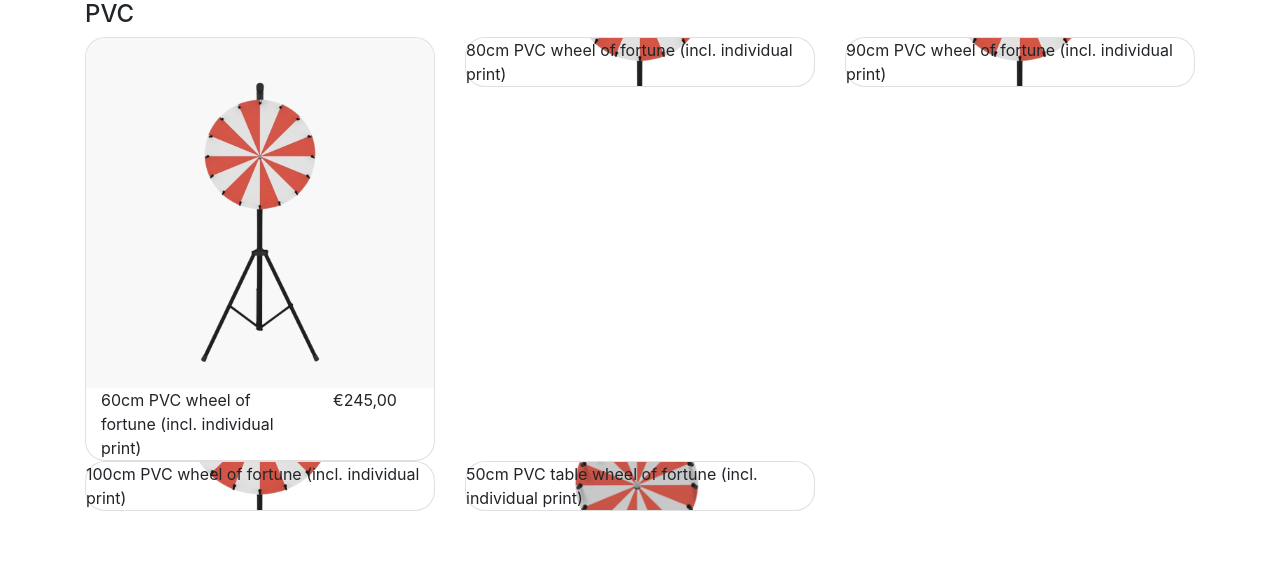
Repository: Awaisp-irfan/fahad-project
Page: pvc.html
These files come from the project's save history. The page is drawn as it stood at one moment and after the next save; the edit follows.
The browser window is 1280 px wide. The pictures show the whole page.

Above is the page before, as saved 2022-06-30 09:07:26.

After the next save:
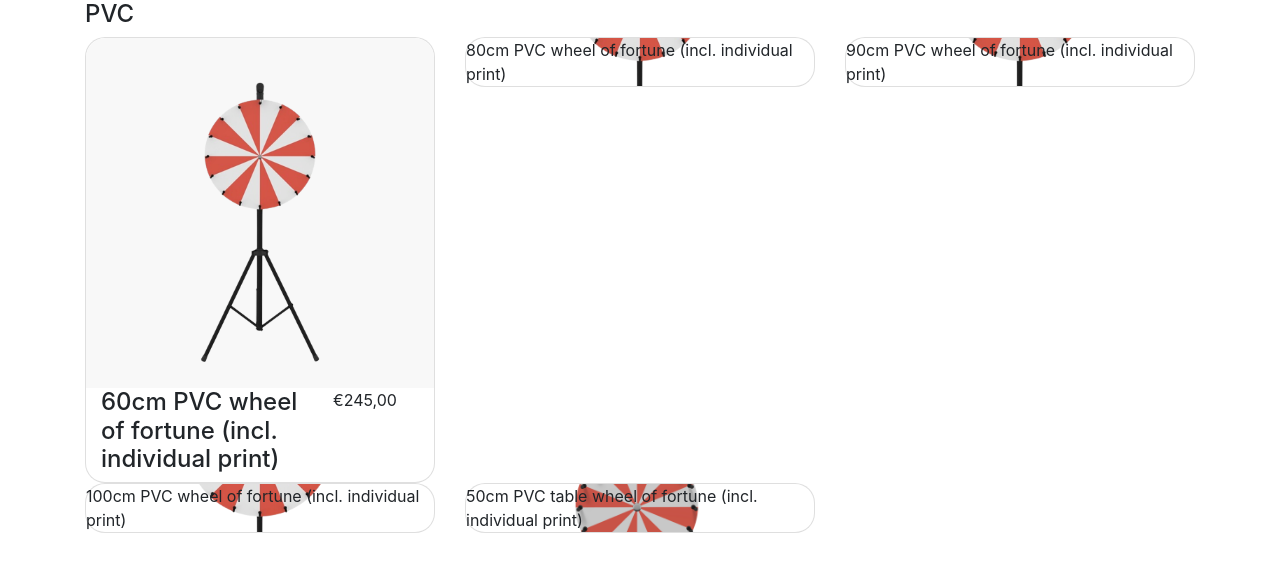
Saved 53 s later.
--- a/pvc.html
+++ b/pvc.html
@@ -31,7 +31,7 @@
                         </div>
                     </div>
                     <div class="cm60-content d-flex justify-content-between">
-                        <div class="col-lg-8">60cm PVC wheel of fortune (incl. individual print)</div>
+                        <div class="col-lg-8"><h4>60cm PVC wheel of fortune (incl. individual print)</h4></div>
                          <div class="col-lg-4">€245,00</div>
                     </div>
                 </div>
